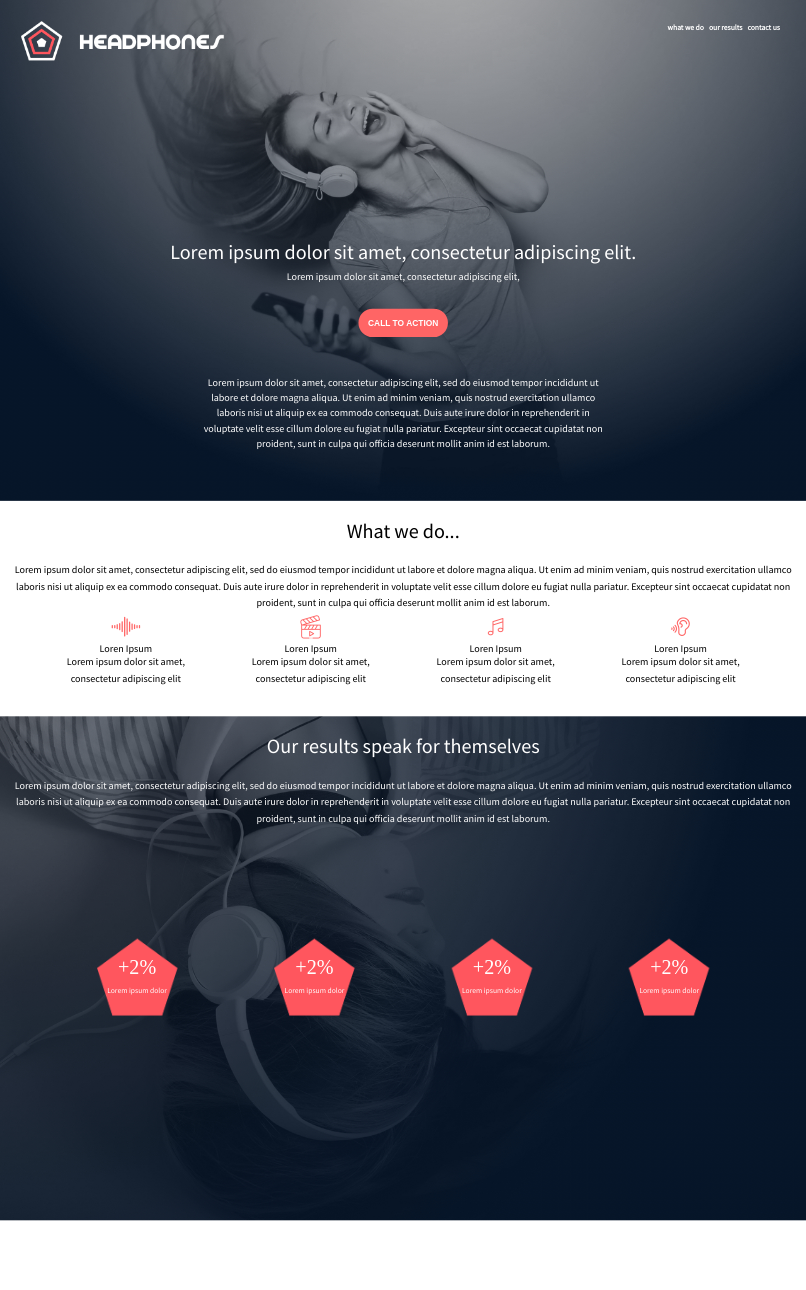
Repository: seleniadelgado/holbertonschool-web_front_end
Page: 0x09-implement_a_design_from_scratch/2-index.html
The author's editor kept a copy of each file at every save. The page is drawn from the files as they stood at one save, then again after the next save.
The browser window is 1280 px wide. The pictures show the whole page, at 63% of full size.

Above is the page before, as saved 2020-03-23 14:19:37.

### 0x09-implement_a_design_from_scratch/2-index.html
<!DOCTYPE <!DOCTYPE html>
<head>
    <meta charset="utf-8">
    <title>Headphones</title>
    <meta name="description" content="">
    <meta name="viewport" content="width=device-width, initial-scale=1">
    <link rel="stylesheet" href="2-styles.css">
    <link rel="stylesheet" href="reset.css">
    <link rel="stylesheet" href="./holberton_school-icon/style.css">
    <link href="https://fonts.googleapis.com/css?family=Source+Sans+Pro&display=swap" rel="stylesheet">
</head>
<body>
<!-- nav bar -->
    <header>
        <div class="firstdiv">
            <nav>
                <input type="checkbox" id="menu">
                <label for="menu" id="nav-icon"></label>
                <div class="logo"><img href="active" href="#home"><img src="./images/logo_headphones.png" alt="logo"></a></div>
                <div class="main-nav">
                    <ul class="nav-header">
                        <li><a href="#what-we-do">what we do</a></li>
                        <li><a href="#our-results">our results</a></li>
                        <li><a href="#contact-us">contact us</a></li>
                    </ul>
                </div>
            </nav>
        </div>
<!-- Content -->
        <div class="seconddiv">
            <div class="text">
                <h1>Lorem ipsum dolor sit amet, consectetur adipiscing elit.</h1>
                <p>Lorem ipsum dolor sit amet, consectetur adipiscing elit, </p>
            </div>
        </div>
        <div class="thirddiv">
        <button id="button">CALL TO ACTION</button>
        <p class="longParagraph">Lorem ipsum dolor sit amet, consectetur adipiscing elit, sed do eiusmod tempor incididunt ut labore et dolore magna aliqua.
            Ut enim ad minim veniam, quis nostrud exercitation ullamco laboris nisi ut aliquip ex ea commodo consequat.
            Duis aute irure dolor in reprehenderit in voluptate velit esse cillum dolore eu fugiat nulla pariatur. Excepteur sint occaecat cupidatat non proident,
            sunt in culpa qui officia deserunt mollit anim id est laborum.</p>
            </div>
        </div>
    </div>
    </header>
    <div id="whatWeDo">
        <div class="content">
            <h1>What we do...</h1>
            <p> Lorem ipsum dolor sit amet, consectetur adipiscing elit, sed do eiusmod tempor incididunt ut labore et dolore magna aliqua.
                Ut enim ad minim veniam, quis nostrud exercitation ullamco laboris nisi ut aliquip ex ea commodo consequat.
                Duis aute irure dolor in reprehenderit in voluptate velit esse cillum dolore eu fugiat nulla pariatur. Excepteur sint occaecat cupidatat non proident,
                sunt in culpa qui officia deserunt mollit anim id est laborum.
            </p>
            <div class="grid">
                <div>
                    <div class="icon, item holberton_school-icon-ic_sound"></div>
                    <h6>Loren Ipsum</h6>
                    <p>Lorem ipsum dolor sit amet,<br> consectetur adipiscing elit</p>
                </div>
                <div>
                    <div class="icon, item holberton_school-icon-ic_video"></div>
                    <h6>Loren Ipsum</h6>
                    <p>Lorem ipsum dolor sit amet, <br>consectetur adipiscing elit</p>
                </div>
                <div>
                    <div class="icon, item holberton_school-icon-ic_music"></div>
                    <h6>Loren Ipsum</h6>
                    <p>Lorem ipsum dolor sit amet, <br>consectetur adipiscing elit</p>
                </div>
                <div>
                    <div class="icon, item holberton_school-icon-ic_hearing"></div>
                    <h6>Loren Ipsum</h6>
                    <p>Lorem ipsum dolor sit amet, <br>consectetur adipiscing elit</p>
                </div>
            </div>
        </div>
    </div>
    <div id="our-results">
        <div class="summary">
            <h1>Our results speak for themselves</h1>
            <p>Lorem ipsum dolor sit amet, consectetur adipiscing elit, sed do eiusmod tempor incididunt ut labore et dolore magna aliqua.
                Ut enim ad minim veniam, quis nostrud exercitation ullamco laboris nisi ut aliquip ex ea commodo consequat.
                Duis aute irure dolor in reprehenderit in voluptate velit esse cillum dolore eu fugiat nulla pariatur. Excepteur sint occaecat cupidatat non proident,
                sunt in culpa qui officia deserunt mollit anim id est laborum.
            </p>
            <div class="grid">
                <div class="component">
                    <h2>+2%</h2>
                    <p>Lorem ipsum dolor</p>
                </div>
                <div class="component">
                    <h2>+2%</h2>
                    <p>Lorem ipsum dolor</p>
                </div>
                <div class="component">
                    <h2>+2%</h2>
                    <p>Lorem ipsum dolor</p>
                </div>
                <div class="component">
                    <h2>+2%</h2>
                    <p>Lorem ipsum dolor</p>
                </div>
            </div>
        </div>
    </div>
</body>
</html>

### 0x09-implement_a_design_from_scratch/2-styles.css

:root {
    --font-size-sm: 12px;
    --font-size-md: 16px;
    --font-size-lg: 32px;
    --font-size-xl: 48px;
    --font-size-button: 14px;
    --color-primary-red: #FF6565;
    --color-body-white: white;
    --color-body-black: black;
    --font-family: 'Source Sans Pro', sans-serif;
}

/* header */
html {
    width: 100%;
}

header {
    width: 100%;
    background: transparent;
    position: relative;
    color: var(--color-body-white);
    background-image: url("images/headphones_hero_1.jpg");
    background-repeat: no-repeat;
    background-size: cover;
    font-family: var(--font-family);
}

header .firstdiv {
    justify-content: space-between;
    align-content: space-between;
    padding: 2rem;
    flex-wrap: wrap;
}

header .firstdiv nav {
    width: 100%;
    display: flex;
    justify-content: space-between;
    align-content: space-between;
    position: relative;
}

a {
    margin: auto 1.25rem;
    color: var(--color-body-white);
    text-decoration: none;
    font-family: var(--font-family);
}

a:hover, a:active {
    color: var(--color-primary-red)
}

#menu {
    display: none;
    position: absolute;
}

#nav-icon {
    display: none;
    position: absolute;
}

.logo {
    float: left;
}

.nav-header {
    display: inline-flex;
    margin: auto 0;
    list-style-type: none;
    font-size: var(--font-size-sm);
    font-weight: bolder;
    font-family: var(--font-family);
}

.main-nav ul {
    border: 6px transparent solid;
    justify-content: space-between;
}

.main-nav ul li a {
    border: 4px transparent solid;
    font-family: var(--font-family);

}

/* nav */
.seconddiv {
    text-align: center;
}

.thirddiv {
    text-align: center;
}

/*text */
.text {
    padding-top: 20%;
    text-align: center;
    line-height: 32px;
}

.text h1 {
    font-size: var(--font-size-md);
    color: var(--color-body-white);
}

.text p {
    font: var(--font-size-sm);
    color: var(--color-body-white);
}

/* button */
#button {
    padding: 15px;
    margin-top: 40px;
    margin-bottom: 60px;
    border-radius: 4em;
    background-color: #FF6565;
    box-shadow: var(--color-body-black);
    border-style: none;
    color: var(--color-body-white);
    font-weight: bolder;
}

#button:hover {
    opacity: 0.9;
}

/* end button */

/* start longparagraph */
.longParagraph {
    display: flex;
    margin: auto;
    margin: 0% 25% 0% 25%;
    line-height: 24px;
    font-family: var(--font-family);
    font-size: var(--font-size-md);
    color: var(--color-body-white);
    padding-bottom: 5em;
}
/* end longparagraph */

/* media query for screens less than 480px */
@media (max-width: 480px)
{
    header nav {
      flex-direction: column;
      align-items: center;
    }

    .logo {
      width: 50%;
      height: auto;
      display: flex;
      text-align: center;
    }

    .nav-header {
      display: none;
      width: 100%;
      flex-direction: column;
      margin: 1rem auto;
      text-align: center;
      font-weight: bold;
      font-size: var(--font-size-btn);
      float: right;
      display: inline-flex;
      margin-right: 10%;
    }

    .nav-header li {
      width: 100%;
      margin: 0.5rem auto;
      padding-right: 50px;
      font-family: var(--font-family);
    }

    #nav-icon {
        background: var(--color-body-white);
        height: 2px;
        width: 13px;
        position: absolute;
        left: 1rem;
        top: 18px;
        display: block;
    }

    #nav-icon::before {
        content: "";
        background: var(--color-body-white);
        height: 2px;
        width: 20px;
        position: relative;
        top: -0.4rem;
        display: block;
        transition: all 0.2s ease;
    }

    #nav-icon::after {
        content: "";
        background: var(--color-body-white);
        height: 2px;
        width: 18px;
        position: relative;
        top: 0.3rem;
        display: block;
        transition: all 0.2s ease;
    }

    #menu:checked ~ .nav-header {
        display: inline-flex;
    }

    #menu:checked ~ #nav-icon {
        background: transparent;
    }

    #menu:checked ~ #nav-icon::before {
        transform: rotate(45deg);
        top: 3px;
        margin: auto;
    }

    #menu:checked ~ #nav-icon::after {
        width: 20px;
        transform: rotate(-45deg);
        top: 1px;
        margin: auto;
    }
}

.text {
    font-family: var(--font-family);
    line-height: 24px;
}

.text h1 {
    font-size: var(--font-size-lg);
    margin-bottom: 10;
    line-height: 32px;;
}

.text p {
    font-size: var(--font-size-md);
}

/* menu btn ends */
.content {
    display: grid;
    text-align: center;
    font-family: var(--font-family);
    margin-bottom: 20em;
}

.grid {
    display: flex;
    flex-wrap: wrap;
    justify-content: space-evenly;
    height: 100%
}

.grid p {
    padding-bottom: 3em;
}

.item {
    color: var(--color-primary-red);
    font-size: var(--font-size-xl);
    margin: 2px;
}

.item h6, p {
    color: var(--color-body-black);
    font-size: var(--font-size-sm);
    margin-bottom: 5px;
}

#whatWeDo {
    margin-top: 2em;
    font-family: var(--font-family);
    margin-bottom: none;
}
.content {
    margin-bottom: 0;
}

.content h1 {
    font-size: var(--font-size-lg);
    margin-bottom: 1em;
}
.content p {
    text-align: center;
    font-size: var(--font-size-md);
    line-height: 26px;
}
#our-results {
    padding-top: 2em;
    background-image: url(images/headphones_hero_2.jpg);
    background-repeat: no-repeat;
    color: var(--color-body-white);
}
.summary {
    margin-bottom: 1em;
}

.summary h1 {
    text-align: center;
    color: var(--color-body-white);
    font-family: var(--font-family);
    font-size: var(--font-size-lg);
    margin-bottom: 1em;
}

.summary p {
    color: var(--color-body-white);
    font-family: var(--font-family);
    font-size: var(--font-size-md);
    line-height: 26px;
    text-align: center;
}
.results h2 {
    position: absolute;
    text-align: center;
    left: 50%;
    transform: translate(-50%, -50%);
}
.grid {
    margin-top: 0;
    margin-bottom: 0;
}
@media (max-width: 1200px) {
    #our-results {
      background-position: 45%;
    }
  }
  @media (max-width: 480px) {
    #our-results {
      background-position: 50%;
      margin-bottom: 0;
      flex-wrap: wrap;
    }
  }
#our-results .grid .component {
    background-image: url(images/pentagone.png);
    background-repeat: no-repeat;
    background-size: contain;
    background-position: center;
    height: 10rem;
    width: 8rem;
    padding: 0;
    position: relative;
    flex-wrap: wrap;
    margin-top: 10em;
}
#our-results .grid .component h2 {
    font-size: var(--font-size-lg);
    position: relative;
    top: 30%;
    text-align: center;
}
#our-results .grid .component p {
    position: relative;
    font-size: var(--font-size-sm);
    text-align: center;
    top: 35%;
}

### 0x09-implement_a_design_from_scratch/holberton_school-icon/style.css
@font-face {
  font-family: 'holberton_school-icon';
  src:  url('fonts/holberton_school-icon.eot?sq4eq4');
  src:  url('fonts/holberton_school-icon.eot?sq4eq4#iefix') format('embedded-opentype'),
    url('fonts/holberton_school-icon.ttf?sq4eq4') format('truetype'),
    url('fonts/holberton_school-icon.woff?sq4eq4') format('woff'),
    url('fonts/holberton_school-icon.svg?sq4eq4#holberton_school-icon') format('svg');
  font-weight: normal;
  font-style: normal;
  font-display: block;
}

[class^="holberton_school-icon-"], [class*=" holberton_school-icon-"] {
  /* use !important to prevent issues with browser extensions that change fonts */
  font-family: 'holberton_school-icon' !important;
  speak: none;
  font-style: normal;
  font-weight: normal;
  font-variant: normal;
  text-transform: none;
  line-height: 1;

  /* Better Font Rendering =========== */
  -webkit-font-smoothing: antialiased;
  -moz-osx-font-smoothing: grayscale;
}

.holberton_school-icon-arrow_1:before {
  content: "\e900";
}
.holberton_school-icon-arrow_2:before {
  content: "\e901";
}
.holberton_school-icon-arrow_3:before {
  content: "\e902";
}
.holberton_school-icon-arrow_4:before {
  content: "\e903";
}
.holberton_school-icon-arrow_5:before {
  content: "\e904";
}
.holberton_school-icon-check:before {
  content: "\e905";
}
.holberton_school-icon-ic_bag:before {
  content: "\e906";
}
.holberton_school-icon-ic_cart:before {
  content: "\e907";
}
.holberton_school-icon-ic_facebook:before {
  content: "\e908";
}
.holberton_school-icon-ic_hearing:before {
  content: "\e909";
}
.holberton_school-icon-ic_instagram:before {
  content: "\e90a";
}
.holberton_school-icon-ic_laptop:before {
  content: "\e90b";
}
.holberton_school-icon-ic_money:before {
  content: "\e90c";
}
.holberton_school-icon-ic_music:before {
  content: "\e90d";
}
.holberton_school-icon-ic_sound:before {
  content: "\e90e";
}
.holberton_school-icon-ic_twitter:before {
  content: "\e90f";
}
.holberton_school-icon-ic_video:before {
  content: "\e910";
}
.holberton_school-icon-menu:before {
  content: "\e911";
}
.holberton_school-icon-search_1:before {
  content: "\e912";
}
.holberton_school-icon-search_2:before {
  content: "\e913";
}
.holberton_school-icon-star:before {
  content: "\e914";
}

Loaded but not shown: 0x09-implement_a_design_from_scratch/reset.css (common file)

After the next save:
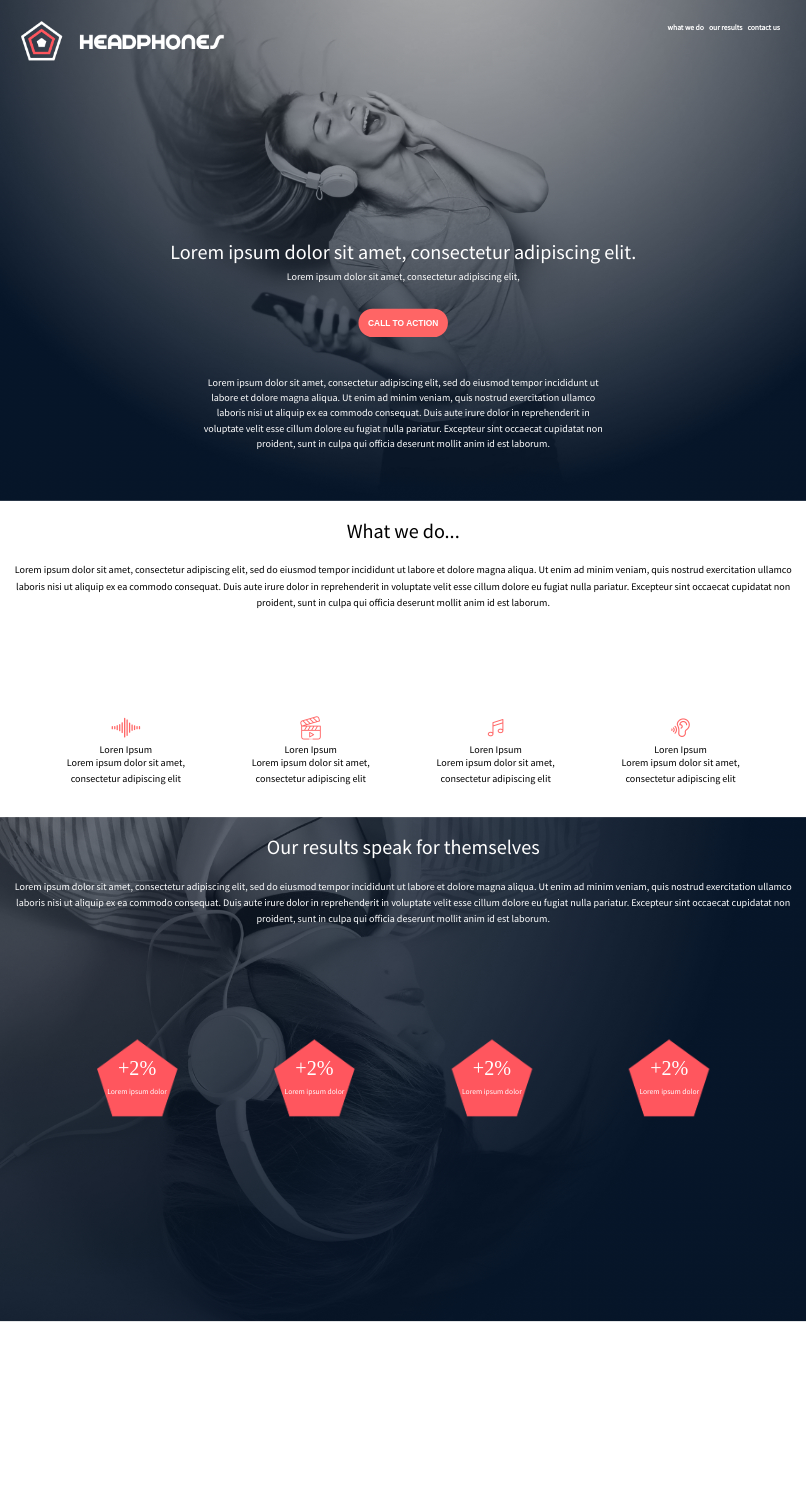
Saved 14 s later.
--- a/0x09-implement_a_design_from_scratch/2-styles.css
+++ b/0x09-implement_a_design_from_scratch/2-styles.css
@@ -330,7 +330,7 @@ a:hover, a:active {
     transform: translate(-50%, -50%);
 }
 .grid {
-    margin-top: 0;
+    margin-top: 10em;
     margin-bottom: 0;
 }
 @media (max-width: 1200px) {
@@ -355,7 +355,6 @@ a:hover, a:active {
     padding: 0;
     position: relative;
     flex-wrap: wrap;
-    margin-top: 10em;
 }
 #our-results .grid .component h2 {
     font-size: var(--font-size-lg);
